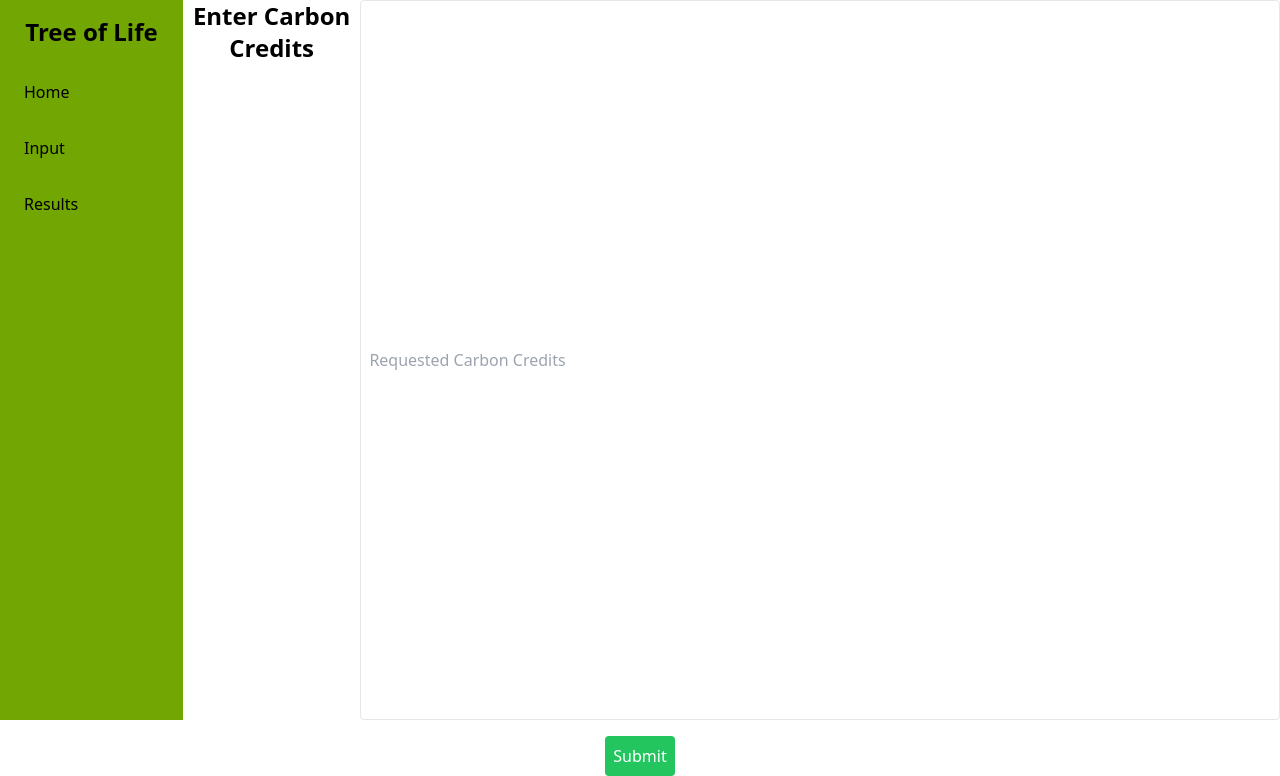
Repository: kayacancode/tolgrainger
Page: /input
An editor plug-in stored every save of this project. The page is shown before and after the next save, followed by the edit.
The browser window is 1280 px wide. The pictures show the whole page.
The project was rebuilt for these pictures with package versions that can differ from the ones it lists, and the page was loaded fresh each time. The framework's server and built-in components were replaced by stand-ins that run in the browser. Also part of the build but not shown: next.config.mjs.

Above is the page before, as saved 2024-10-23 16:40:07.

### src/app/input/page.tsx
"use client";


import { useState } from "react";
import { useRouter } from "next/navigation";
import Sidebar from "@/components/Sidebar";

export default function CarbonInputPage() {
  const [credits, setCredits] = useState<number | "">("");
  const router = useRouter();

  const handleSubmit = (e: React.FormEvent) => {
    e.preventDefault();
    router.push("/result");
  };

  return (
    <form onSubmit={handleSubmit} className="space-y-4 text-center">
      <div className="flex">
        <Sidebar />
      <h2 className="text-2xl font-bold">Enter Carbon Credits</h2>
      <input
        type="number"
        placeholder="Requested Carbon Credits"
        value={credits}
        onChange={(e) => setCredits(e.target.value)}
        className="w-full p-2 border rounded"
      />
      </div>
      <button type="submit" className="bg-green-500 text-white p-2 rounded">
        Submit
      </button>
    </form>
  );
}

### src/components/SideBar.tsx
// components/Sidebar.tsx
"use client";

import React, { useState } from 'react';
import { useRouter } from 'next/navigation';

const Sidebar = () => {
  const router = useRouter();
  const [active, setActive] = useState<string>("");

  const handleNavigation = (path: string) => {
    setActive(path);
    router.push(path);
  };

  const links = [
    { name: "Home", path: "/" },
    { name: "Input", path: "/input" },
    { name: "Results", path: "/result" },
  ];

  return (
    <div className="w-64 h-screen bg-[#72A603] text-black flex flex-col">
      <h2 className="text-center text-2xl font-bold py-4">Tree of Life</h2>
      <nav className="flex-1">
        <ul>
          {links.map((link) => (
            <li key={link.path} className="py-2 px-4">
              <button
                className={`w-full text-left p-2 rounded hover:bg-gray-700 ${
                  active === link.path ? "bg-gray-700" : ""
                }`}
                onClick={() => handleNavigation(link.path)}
              >
                {link.name}
              </button>
            </li>
          ))}
        </ul>
      </nav>
    </div>
  );
};

export default Sidebar;

### tailwind.config.js
/** @type {import('tailwindcss').Config} */
module.exports = {
  content: [
    "./src/**/*.{js,jsx,ts,tsx}", // Include all your React components
    "./public/index.html",
  ],
  theme: {
    extend: {},
  },
  plugins: [],
};

Loaded but not shown: src/app/layout.tsx (common file); src/app/globals.css (common file)

After the next save:
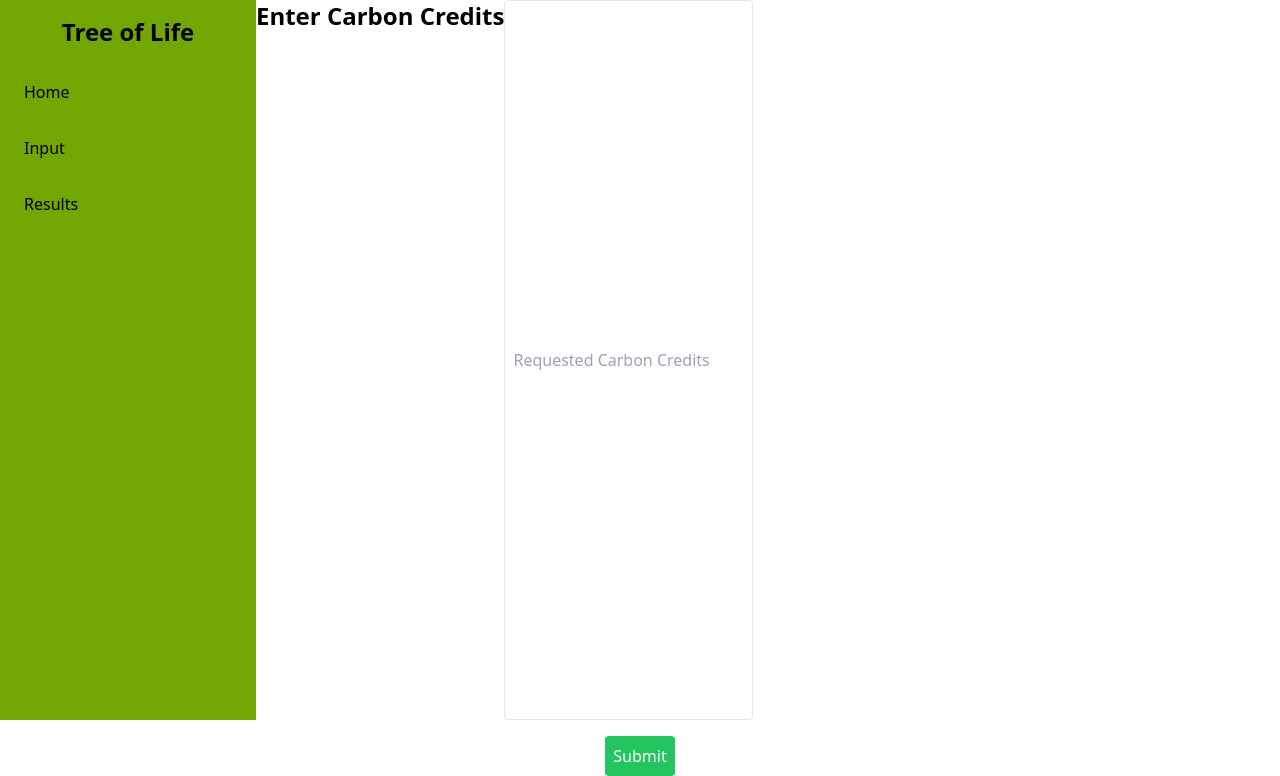
Saved 8 s later.
--- a/src/app/input/page.tsx
+++ b/src/app/input/page.tsx
@@ -24,7 +24,7 @@ export default function CarbonInputPage() {
         placeholder="Requested Carbon Credits"
         value={credits}
         onChange={(e) => setCredits(e.target.value)}
-        className="w-full p-2 border rounded"
+        className=" p-2 border rounded"
       />
       </div>
       <button type="submit" className="bg-green-500 text-white p-2 rounded">
